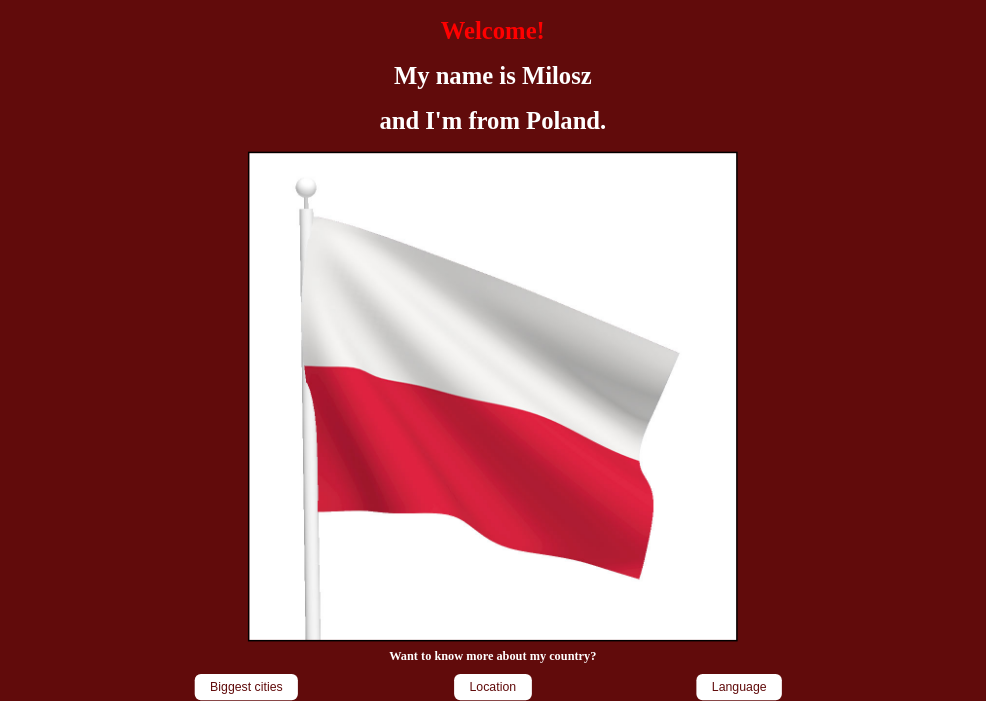
Repository: miloszkryzia/Poland-Website
Page: projec/projec.html
The author's editor kept a record of every edit. The page is drawn from the files as they stood at one moment, then again after the next edit.
The browser window is 1280 px wide. The pictures show the whole page, at 77% of full size.

Above is the page before.

After the next edit:
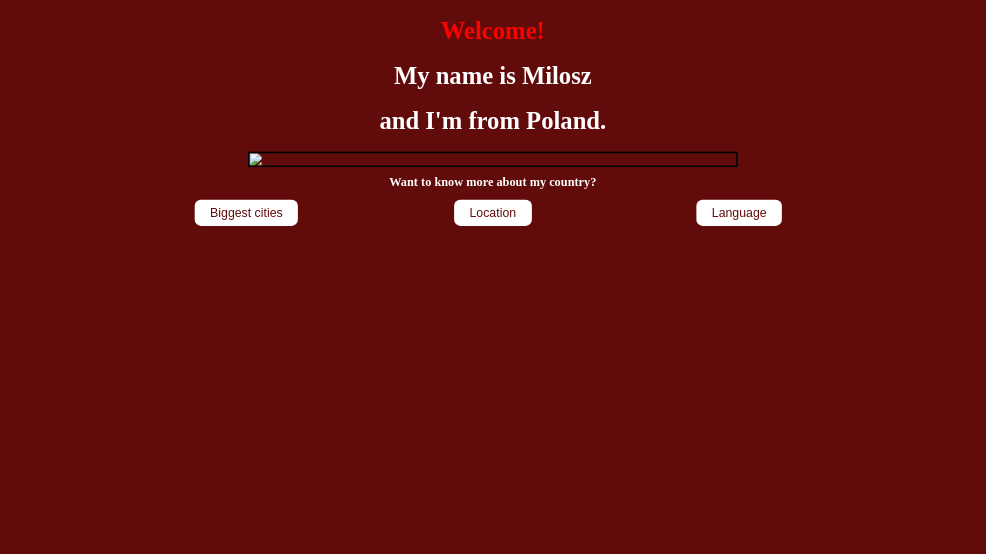
Not found: projec/ava
The edit:
--- a/projec/projec.html
+++ b/projec/projec.html
@@ -9,6 +9,7 @@
         <h1 class="head">Welcome!</h1>
         <h1>My name is Milosz</h1>
         <h1>and I'm from Poland.</h1>
+        <img src="ava"
         <img src="polishflag.jpg"/>
         <h1 class="bottom">Want to know more about my country?</h1>
         <form action="page2.html" method="get">

After the edit that followed:
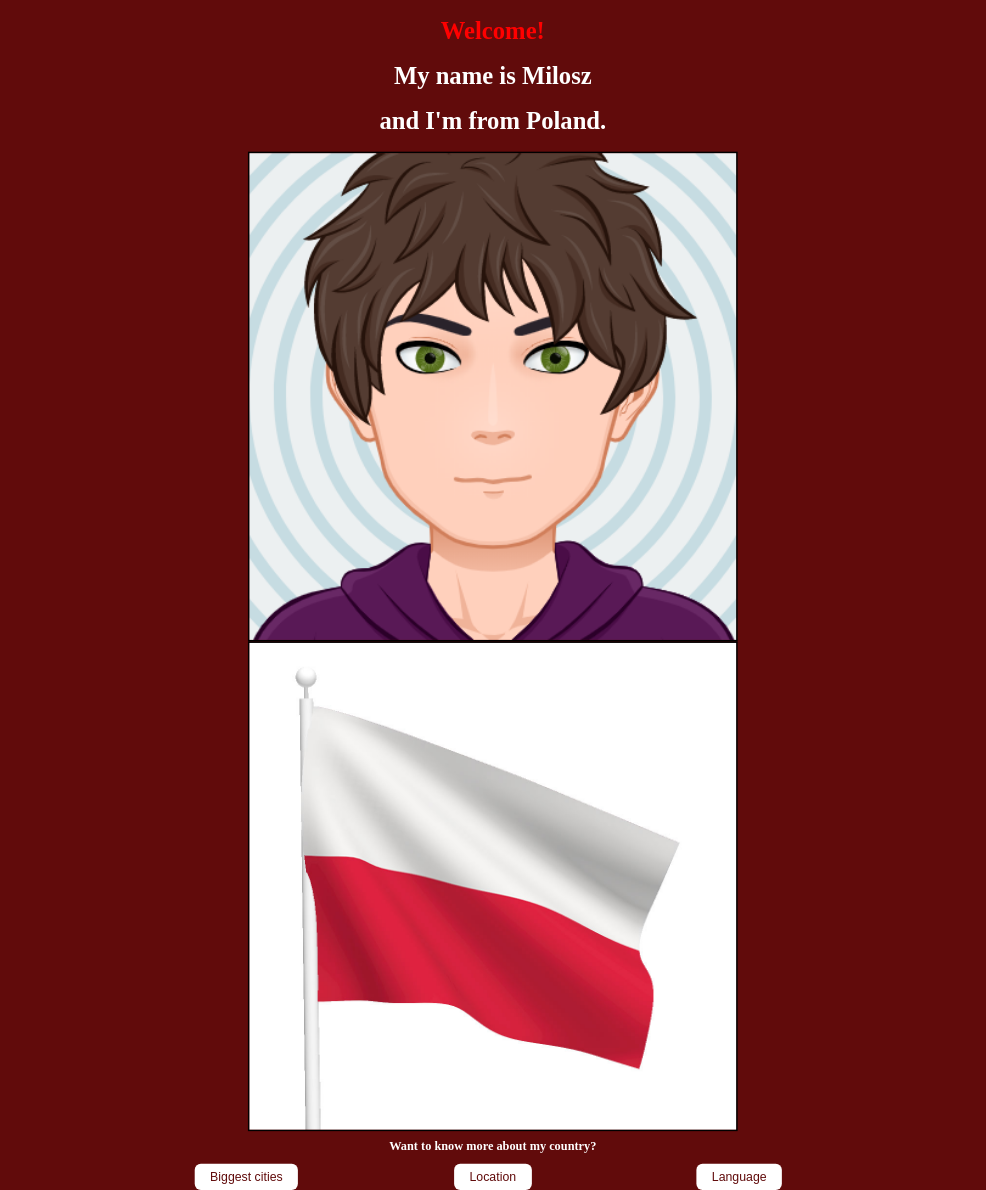
The edit:
--- a/projec/projec.html
+++ b/projec/projec.html
@@ -9,7 +9,7 @@
         <h1 class="head">Welcome!</h1>
         <h1>My name is Milosz</h1>
         <h1>and I'm from Poland.</h1>
-        <img src="ava"
+        <img src="myAvatar.png">
         <img src="polishflag.jpg"/>
         <h1 class="bottom">Want to know more about my country?</h1>
         <form action="page2.html" method="get">
